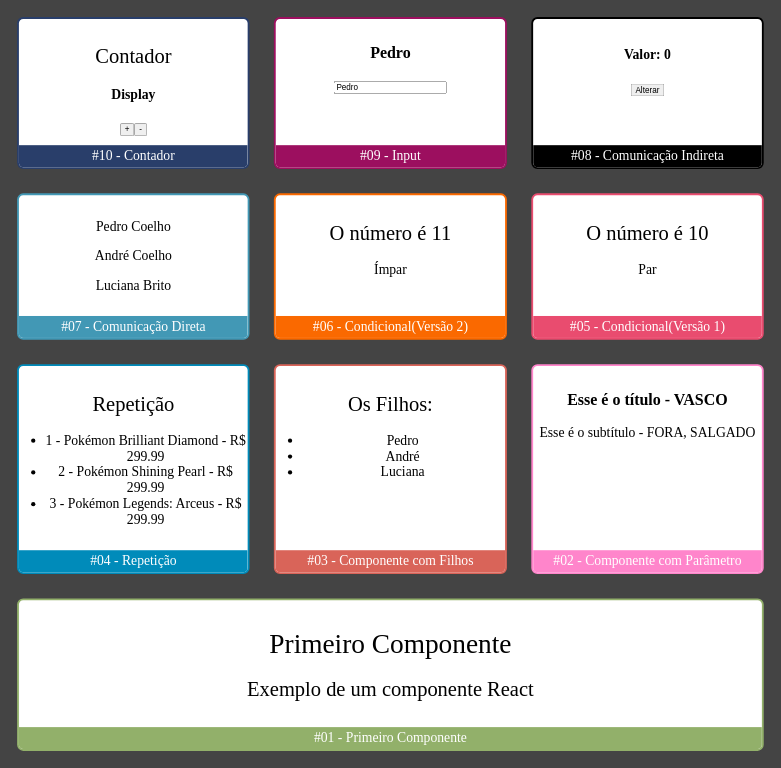
Repository: PedroHQCoelho/fundamentos-react
Page: /
The author's editor kept a copy of each file at every save. The page is drawn from the files as they stood at one save, then again after the next save.
The browser window is 1280 px wide. The pictures show the whole page, at 61% of full size.
The project was rebuilt for these pictures with package versions that can differ from the ones it lists, and the page was loaded fresh each time.

Above is the page before, as saved 2021-12-16 12:47:02.

After the next save:
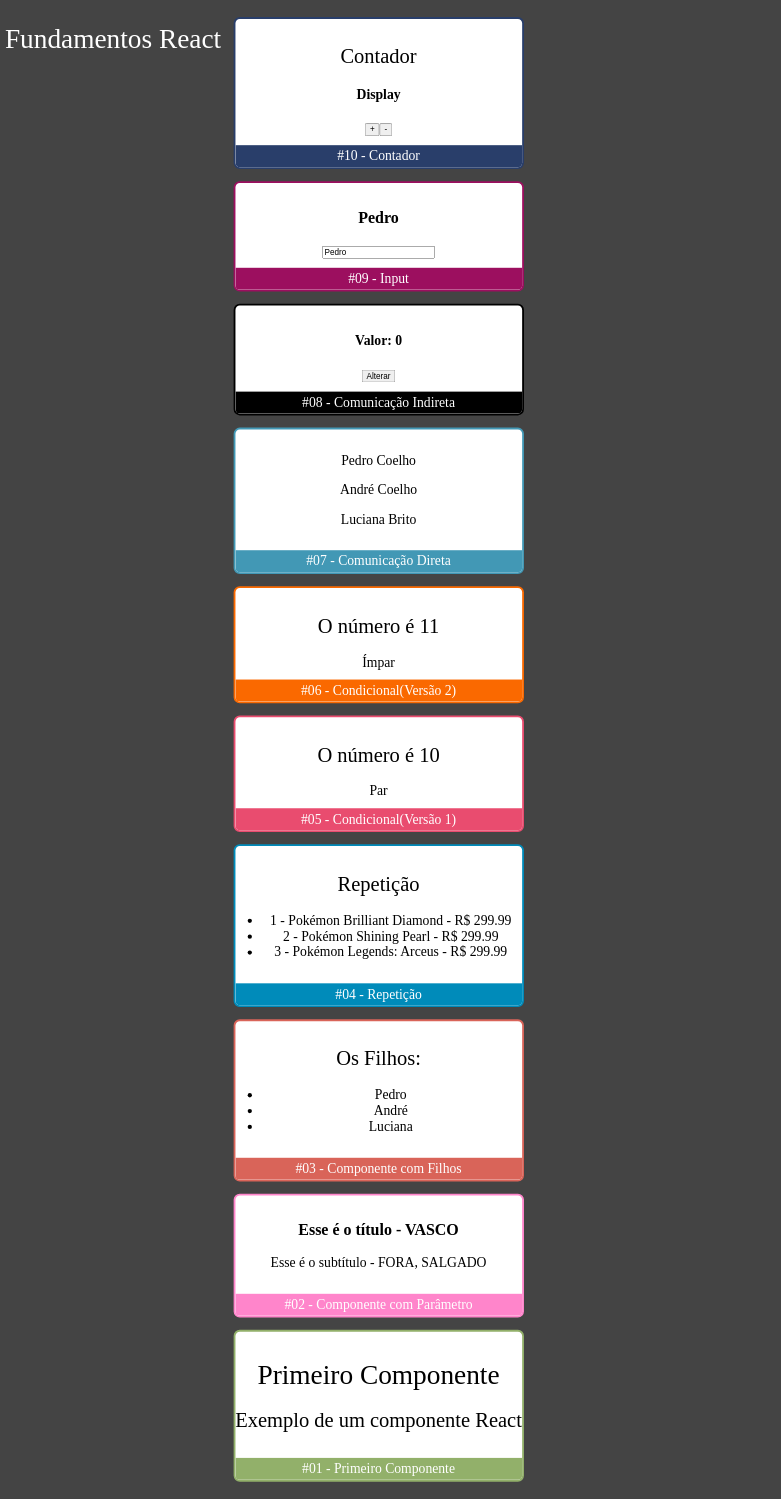
Saved 2 min 27 s later.
--- a/src/App.jsx
+++ b/src/App.jsx
@@ -15,6 +15,8 @@ import Contador from './components/contador/Contador'
 
 export default (props) =>(
     <div className="App">
+        <h1>Fundamentos React</h1>
+        <div className="Cards">
         <Card titulo="#10 - Contador" color="#293E6A">
             <Contador/>
         </Card>
@@ -53,4 +55,5 @@ export default (props) =>(
             <Primeiro />
         </Card>
     </div>
+    </div>
     )
